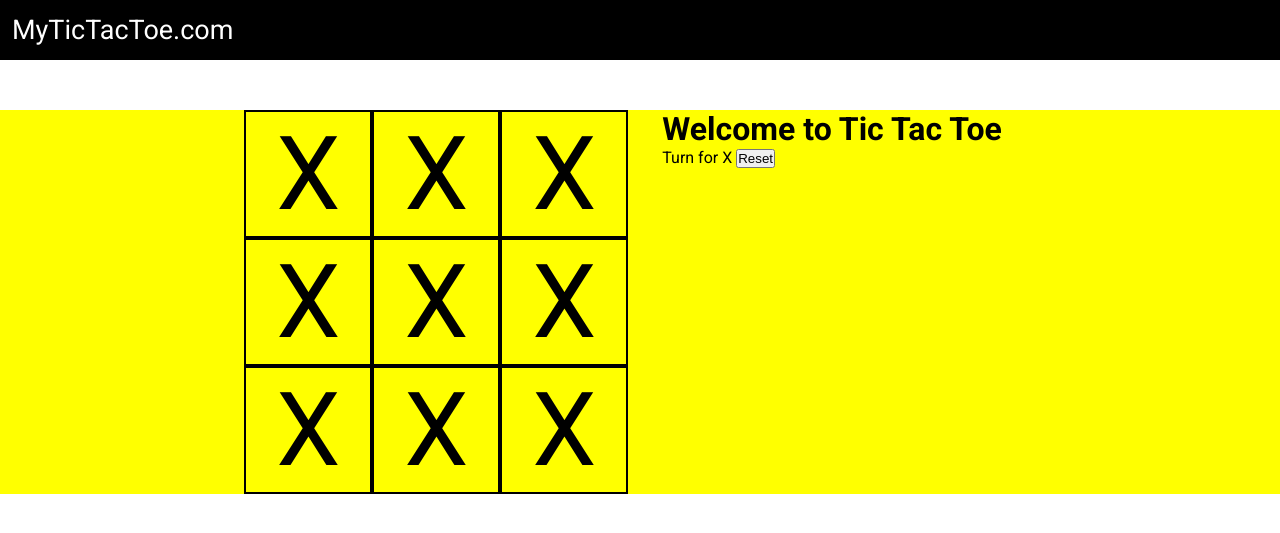
Repository: AshwinUgale/TicTacToe
Page: index.html
These files come from the project's save history. The page is drawn as it stood at one moment and after the next save; the edit follows.
The browser window is 1280 px wide. The pictures show the whole page.

Above is the page before, as saved 2024-12-19 09:58:00.

After the next save:
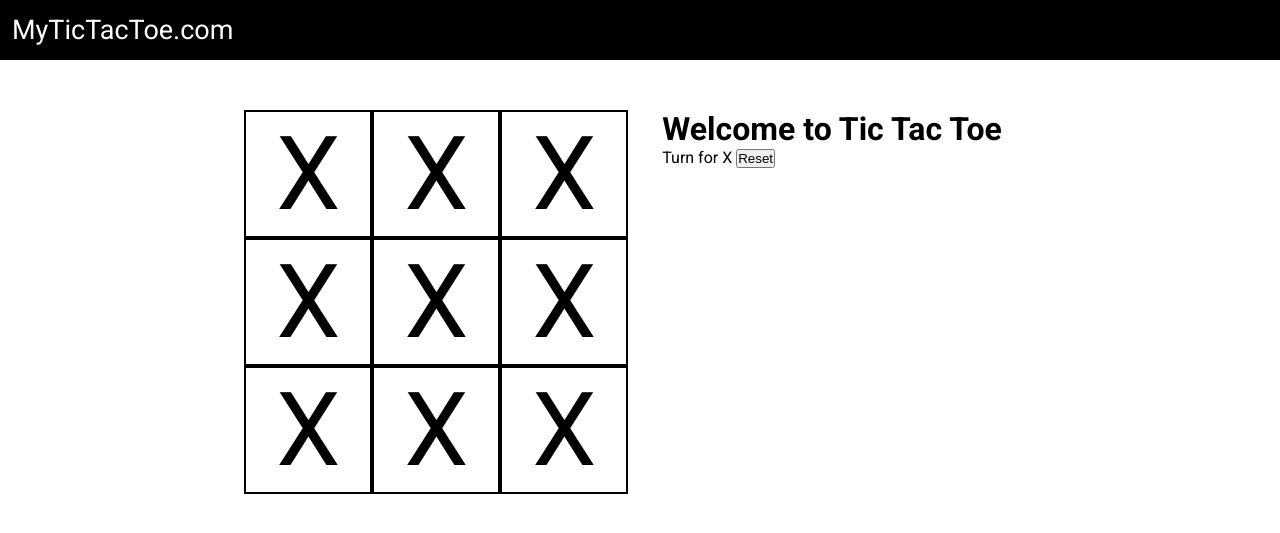
Saved 10 s later.
--- a/style.css
+++ b/style.css
@@ -21,7 +21,6 @@ nav ul{
 }
 
 .gameContainer{
-    background-color: yellow;
     display: flex;
     justify-content: center;
     margin-top: 50px;
